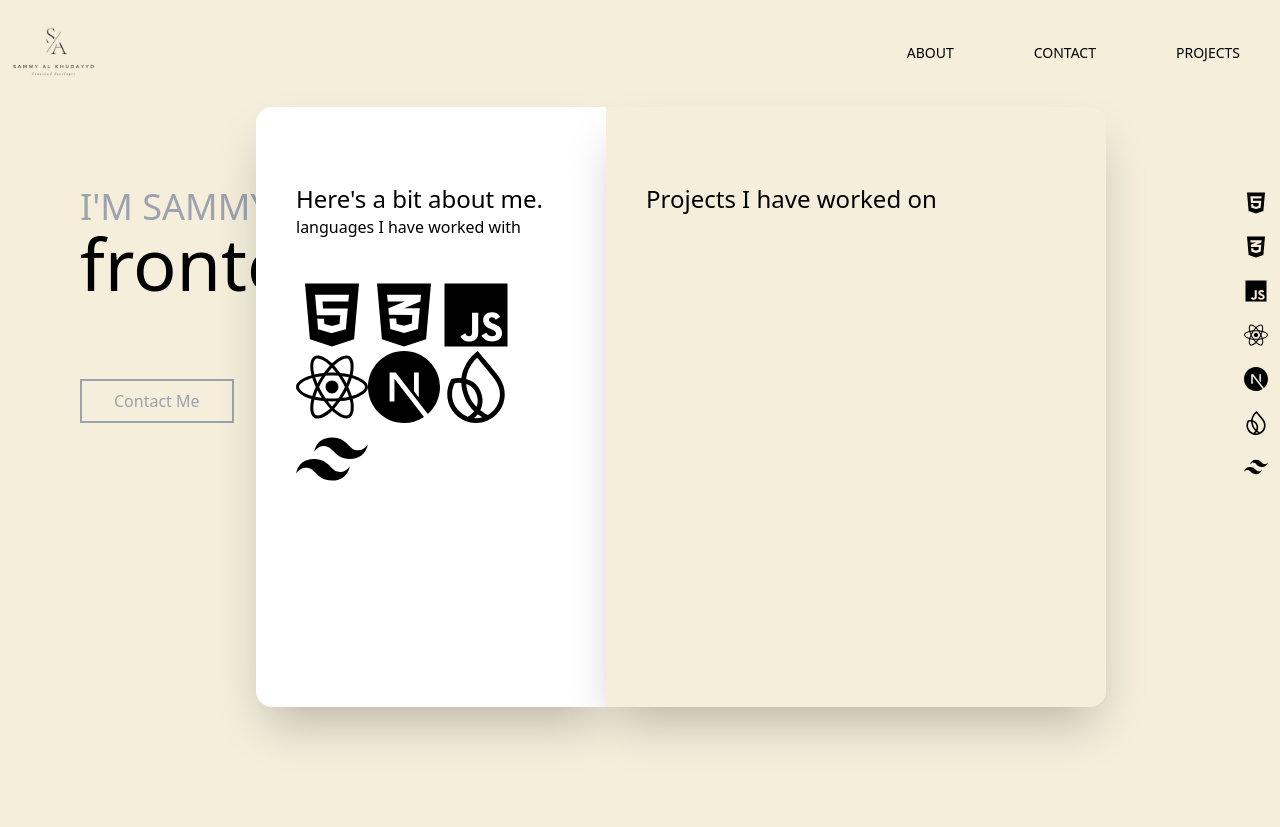
Repository: Al123Kudayyd/myportfolio
Page: /
An editor plug-in stored every save of this project. The page is shown before and after the next save, followed by the edit.
The browser window is 1280 px wide. The pictures show the whole page.
The project was rebuilt for these pictures with package versions that can differ from the ones it lists, and the page was loaded fresh each time. Also part of the build but not shown: src/components/model.js.

Above is the page before, as saved 2024-02-21 14:02:56.

### src/App.js
import Main from './components/Main';
import Nav from './components/Nav';
import Model from './components/Model'


function App() {
  return (
    <div className=" ">
      <Nav />
      <Main />

    </div>
  );
}

export default App;

### src/components/Main.jsx
import React, { useState } from 'react'
import Model from './Model'
import { LiaTimesSolid } from "react-icons/lia";
import { FaHtml5, FaReact } from "react-icons/fa";
import { FaCss3Alt } from "react-icons/fa6";
import { IoLogoJavascript } from "react-icons/io5";
import { SiNextdotjs } from "react-icons/si";
import { SiFirebase } from "react-icons/si";
import { SiTailwindcss } from "react-icons/si";
import Projects from './Projects';


function Main() {
    const [openModal, setOpenModal] = useState(false)
  return (
    <div className='relative'>
    <div className='bg-[#f4eedb] relative h-screen'>
        <div className='-z-10 pl-20 pt-20 '>
            <h1 className=''><span className='text-gray-400 font-extralight text-4xl'>I'M SAMMY AND I'M A</span>
            <br /><span className='text-7xl'>frontend developer.</span></h1>
            <button className='mt-20 border-gray-400 border-2 text-gray-400 py-2 px-8 hover:bg-gray-400 hover:text-[#f4eedb]
            transition-all duration-300'
            onClick={() => setOpenModal(true)}>
                Contact Me</button>
        </div>

    </div>
    {
        openModal && <Model btn={<LiaTimesSolid onClick={() => setOpenModal(false)} />} />
    }
    <div className='absolute top-[10%] right-0 text-2xl space-y-5 m-3'>
            <FaHtml5 />
            <FaCss3Alt />
            <IoLogoJavascript />
            <FaReact />
            <SiNextdotjs />
            <SiFirebase />
            <SiTailwindcss />
        </div>
        <Projects className='' />
    </div>
  )
}

export default Main

### src/components/Nav.jsx
import React from 'react'
import logo from '../assets/logo.png'
import { LiaBarsSolid } from "react-icons/lia";

function Nav({ }) {
  return (
    <div className='bg-[#f4eedb] relative'>
        <div className='flex justify-between items-center'>
            <img src={logo} className="w-[20%] md:w-1/12 " />
            <LiaBarsSolid className='sm:hidden text-3xl mr-5 hover:text-gray-400 cursor-pointer active:scale-[.85] transition-all duration-300' />
            <ul className='hidden sm:flex font-extralight text-sm '>
                <li className='px-10 cursor-pointer hover:text-gray-400 transition-all duration-300'>ABOUT</li>
                <li className='px-10 cursor-pointer hover:text-gray-400 transition-all duration-300'>CONTACT</li>
                <li className='px-10 cursor-pointer hover:text-gray-400 transition-all duration-300'>PROJECTS</li>
            </ul>
        </div>



    </div>
  )
}

export default Nav

### src/components/Projects.jsx
import React from 'react'
import { FaHtml5, FaReact } from "react-icons/fa";
import { FaCss3Alt } from "react-icons/fa6";
import { IoLogoJavascript } from "react-icons/io5";
import { SiNextdotjs } from "react-icons/si";
import { SiFirebase } from "react-icons/si";
import { SiTailwindcss } from "react-icons/si";

function Projects() {
  return (
    <div className='absolute top-0 left-[20%]'>
        <div className='flex justify-center items-center'>
            <div className='shadow-2xl bg-white w-[350px] h-[600px] rounded-l-2xl'>
                <div className='px-[40px] py-[76px]'>
                    <h1 className='text-2xl'>Here's a bit about me.</h1>
                    <h3 className='text-md '>languages I have worked with</h3>
                    <div className='flex flex-wrap my-10 text-7xl '>
                        <FaHtml5 className='t' />
                        <FaCss3Alt />
                        <IoLogoJavascript />
                        <FaReact />
                        <SiNextdotjs />
                        <SiFirebase />
                        <SiTailwindcss />
                    </div>
                </div>

            </div>
            <div className='shadow-2xl bg-[#f4eedb] w-[500px] h-[600px] rounded-r-2xl '>
                <div className='px-[40px] py-[76px]'>
                    <h1 className='text-2xl'>Projects I have worked on</h1>
                </div>

            </div>
        </div>
    </div>
  )
}

export default Projects

### tailwind.config.js
/** @type {import('tailwindcss').Config} */
module.exports = {
  content: [
    "./src/components/Nav.{js,jsx,ts,tsx}",
    "./src/components/Main.{js,jsx,ts,tsx}",
    "./src/components/App.{js,jsx,ts,tsx}",
    "./src/components/Model.{js,jsx,ts,tsx}",
    "./src/components/Projects.{js,jsx,ts,tsx}"
  ],
  theme: {
    extend: {},
  },
  plugins: [],
}

Loaded but not shown: public/index.html (common file); src/index.js (common file); src/index.css (common file); src/reportWebVitals.js (common file)

After the next save:
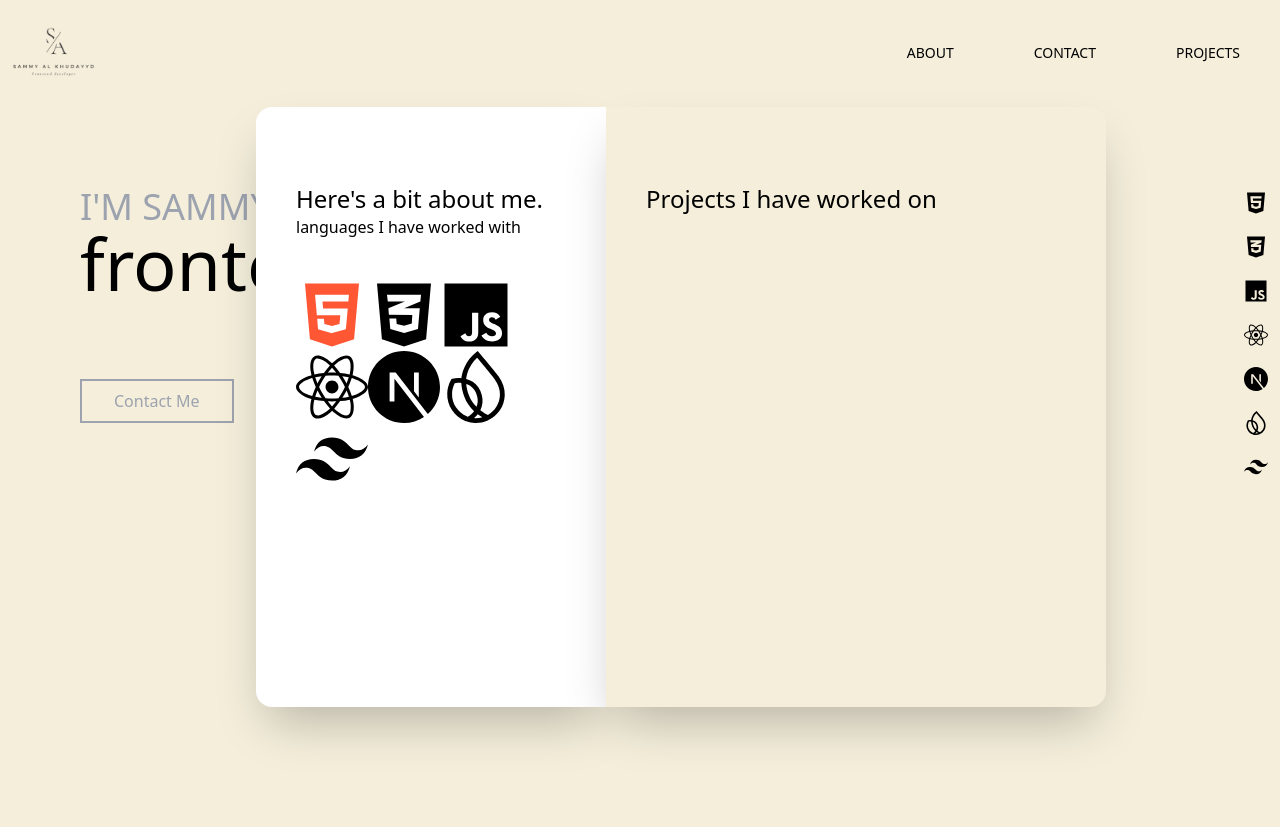
Saved 10 s later.
--- a/src/components/Projects.jsx
+++ b/src/components/Projects.jsx
@@ -15,7 +15,7 @@ function Projects() {
                     <h1 className='text-2xl'>Here's a bit about me.</h1>
                     <h3 className='text-md '>languages I have worked with</h3>
                     <div className='flex flex-wrap my-10 text-7xl '>
-                        <FaHtml5 className='t' />
+                        <FaHtml5 className='text-[#FF5733]' />
                         <FaCss3Alt />
                         <IoLogoJavascript />
                         <FaReact />
